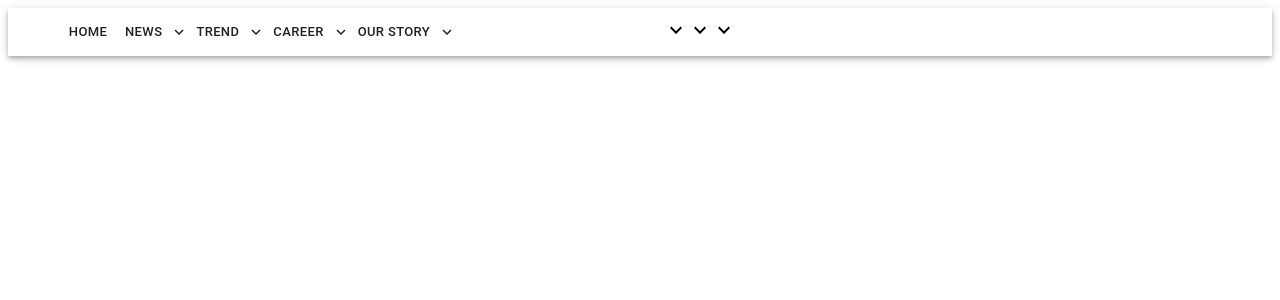
Repository: menamerai/fixi-vn-alpha
Page: /
These files come from the project's save history. The page is drawn as it stood at one moment and after the next save; the edit follows.
The browser window is 1280 px wide. The pictures show the whole page.
The project was rebuilt for these pictures with package versions that can differ from the ones it lists, and the page was loaded fresh each time. Also part of the build but not shown: src/App.css.

Above is the page before, as saved 2020-09-21 21:24:11.

After the next save:
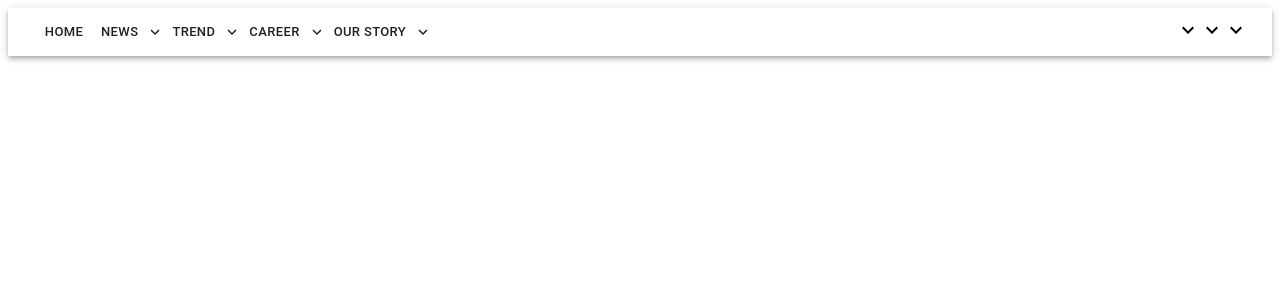
Saved 99 s later.
--- a/src/components/navbar/NavBar.jsx
+++ b/src/components/navbar/NavBar.jsx
@@ -1,5 +1,5 @@
 import React from 'react';
-import { AppBar, Toolbar, Button, Menu, MenuItem, Container, TableContainer } from "@material-ui/core";
+import { AppBar, Toolbar, Button, Menu, MenuItem, Box } from "@material-ui/core";
 import ExpandMoreIcon from '@material-ui/icons/ExpandMore';
 import { useHistory, withRouter } from 'react-router-dom';
 import '../../css/navbar/NavBar.css';
@@ -22,17 +22,17 @@
     return (
         <AppBar position="static" color="transparent">
             <Toolbar variant="dense" id="navbar">
-                <Container className="buttons">
+                <Box className="buttons">
                     <Button size="small" className="button">
                         Home
                     </Button>
                     {buttons}
-                </Container>
-                <Container classname="icons">
+                </Box>
+                <Box classname="icons">
                     <ExpandMoreIcon />
                     <ExpandMoreIcon />
                     <ExpandMoreIcon />
-                </Container>
+                </Box>
             </Toolbar>
         </AppBar>
     )
--- a/src/css/navbar/NavBar.css
+++ b/src/css/navbar/NavBar.css
@@ -4,12 +4,6 @@
     justify-content: space-between;
     align-items: center;
 }
-/*
-.buttons {
-    display: flex;
-    flex-direction: row;
-}
-*/
 .button {
     padding-left: 2em;
     margin-right: 2em;
